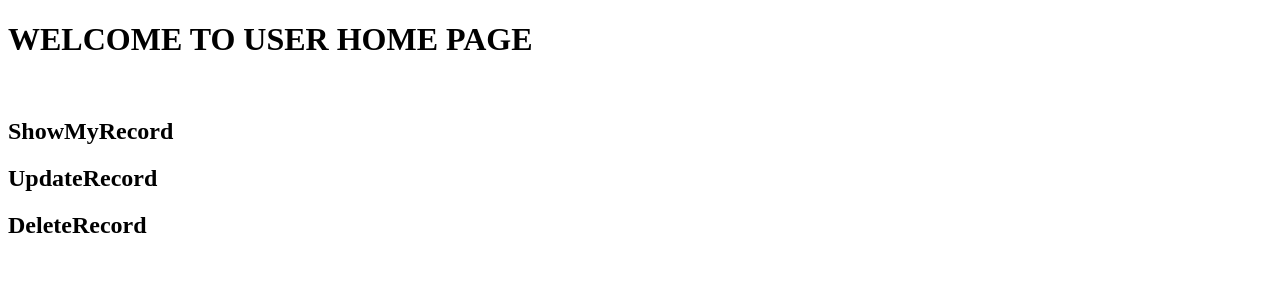
Repository: gajanansp07/Advance_Java_Practice
Page: http://localhost/JDBCCURD/UserHome.jsp
An editor plug-in stored every save of this project. The page is shown before and after the next save, followed by the edit.
The browser window is 1280 px wide. The pictures show the whole page.
The page is served by Tomcat 9.

Above is the page before, as saved 2022-03-17 12:24:05.

### JDBCCURD/src/main/webapp/UserHome.jsp
<%@ page language="java" contentType="text/html; charset=ISO-8859-1"
    pageEncoding="ISO-8859-1"%>
<!DOCTYPE html>
<html>
<head>
<meta charset="ISO-8859-1">
<title>Insert title here</title>
</head>
<body>
	<h1>WELCOME TO USER HOME PAGE</h1>
	<br>
	<h2><a hrf="ShowMyRecord.jsp" class="uhome">ShowMyRecord</a></h2>
	<h2><a hrf="UpdateRecord.jsp" class="uhome">UpdateRecord</a></h2>
	<h2><a hrf="DeleteRecord.jsp" class="uhome">DeleteRecord</a></h2>
</body>
</html>

After the next save:
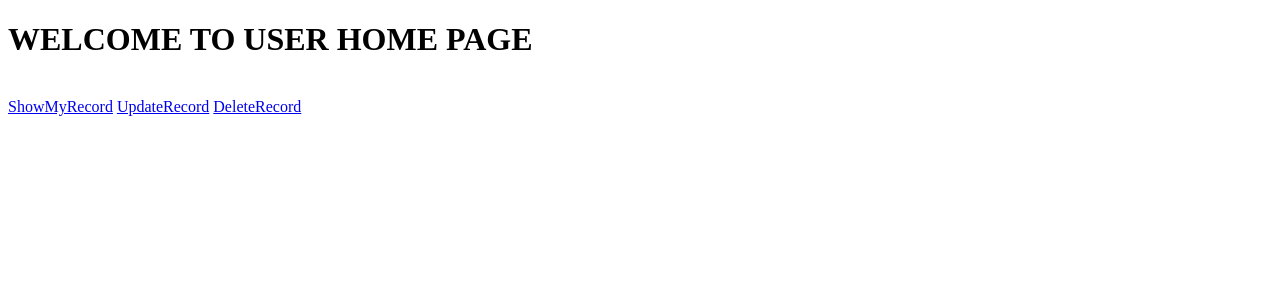
Saved 61 s later.
--- a/JDBCCURD/src/main/webapp/UserHome.jsp
+++ b/JDBCCURD/src/main/webapp/UserHome.jsp
@@ -9,8 +9,8 @@
 <body>
 	<h1>WELCOME TO USER HOME PAGE</h1>
 	<br>
-	<h2><a hrf="ShowMyRecord.jsp" class="uhome">ShowMyRecord</a></h2>
-	<h2><a hrf="UpdateRecord.jsp" class="uhome">UpdateRecord</a></h2>
-	<h2><a hrf="DeleteRecord.jsp" class="uhome">DeleteRecord</a></h2>
+	<a href="ShowMyRecord.jsp" class="uhome">ShowMyRecord</a>
+	<a href="UpdateRecord.jsp" class="uhome">UpdateRecord</a>
+	<a href="DeleteRecord.jsp" class="uhome">DeleteRecord</a>
 </body>
 </html>
